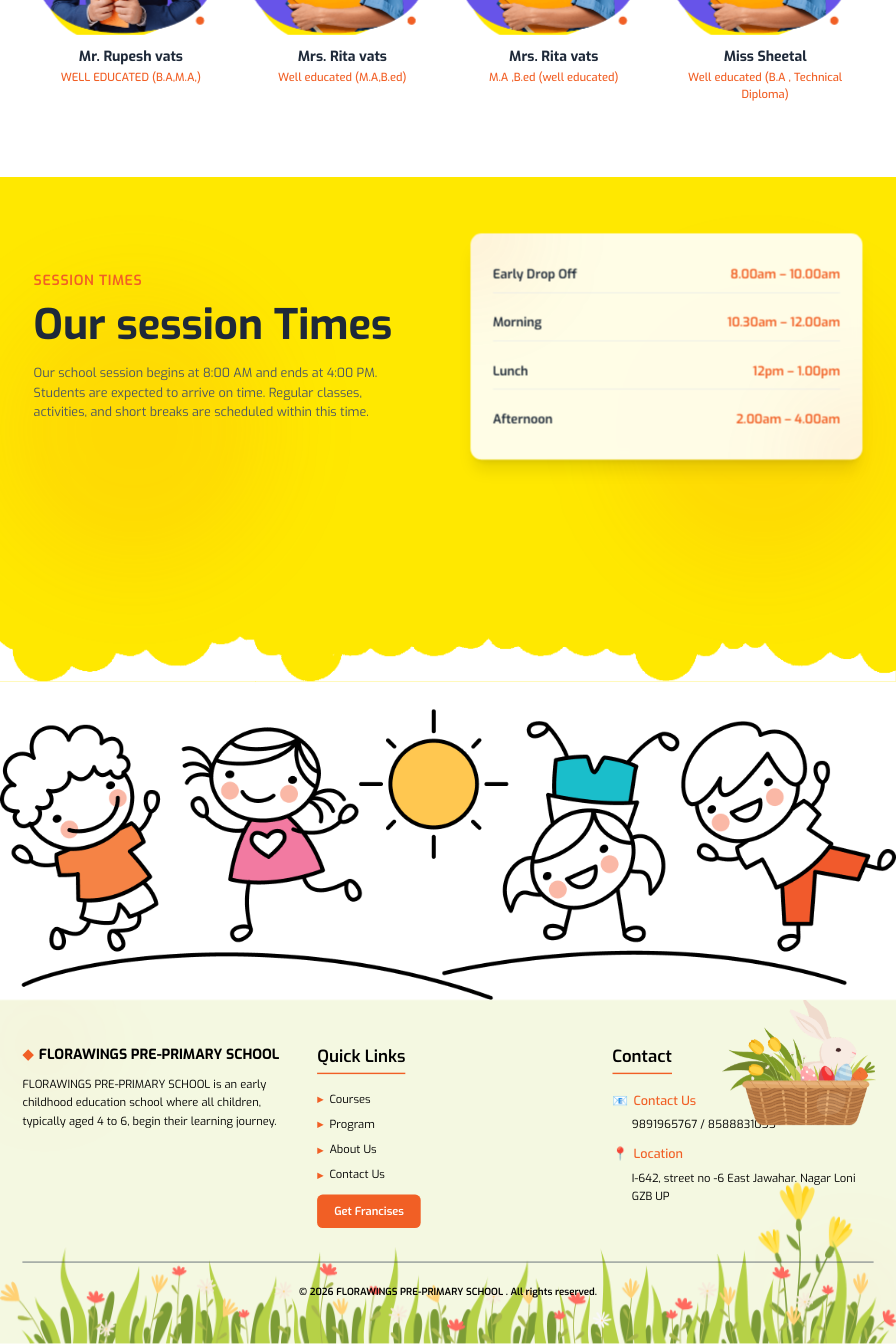
Repository: deepak445566/school
Page: / (app in okwork/)
The author's editor kept a copy of each file at every save. The page is drawn from the files as they stood at one save, then again after the next save.
The browser window is 1280 px wide. The pictures show the part of the page from y = 3588 to 5508 px (the page is 5508 px tall), at 70% of full size.
Some web fonts or font styles are not loaded; a fallback is used. The project was rebuilt for these pictures with package versions that can differ from the ones it lists, and the page was loaded fresh each time. Some packages were replaced by stand-ins written for this rebuild. Also part of the build but not shown: okwork/vite.config.js.

Above is the page before, as saved 2026-02-18 21:08:43.

After the next save:
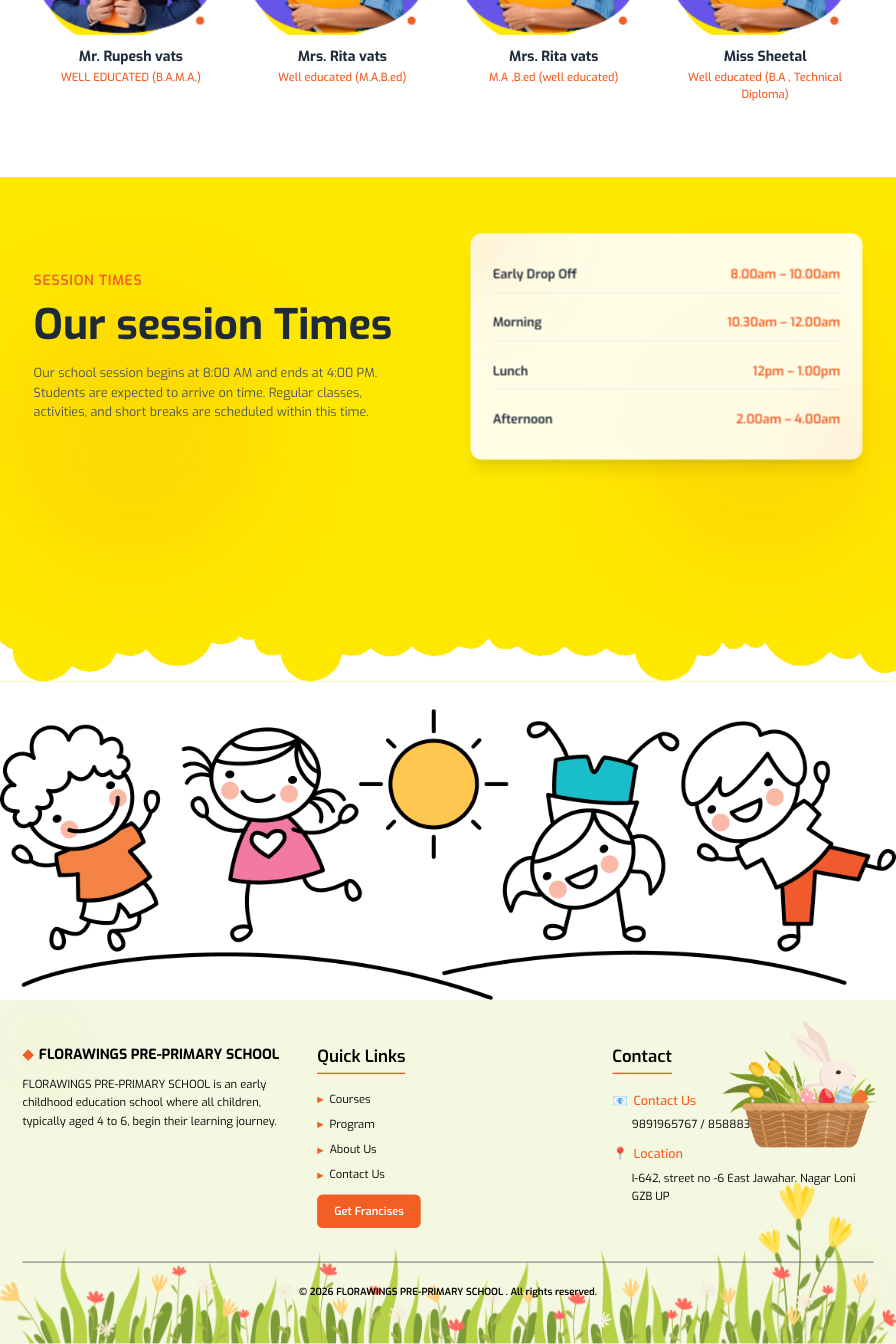
Saved 5 s later.
--- a/okwork/src/components/Footer.jsx
+++ b/okwork/src/components/Footer.jsx
@@ -7,7 +7,7 @@ const Footer = () => {
        <img
                 src="/images/busket.png"
                 alt="Decorative element"
-                className="absolute top-6 -right-5 lg:right-7  z-20 w-17 h-17 md:w-55 md:h-55 object-contain translate-x-4 -translate-y-4 animate-bounce-slow "
+                className="absolute top-6 -right-5 lg:right-7  z-20 w-17 h-17 md:w-55 md:h-55 object-contain translate-x-4 translate-y-4 animate-bounce-slow "
               />
       <div className="absolute top-0 left-0 w-32 h-32 bg-[#F15F25]/5 rounded-full blur-3xl"></div>
       <div className="absolute bottom-0 right-0 w-32 h-32 bg-[#F15F25]/5 rounded-full blur-3xl"></div>
